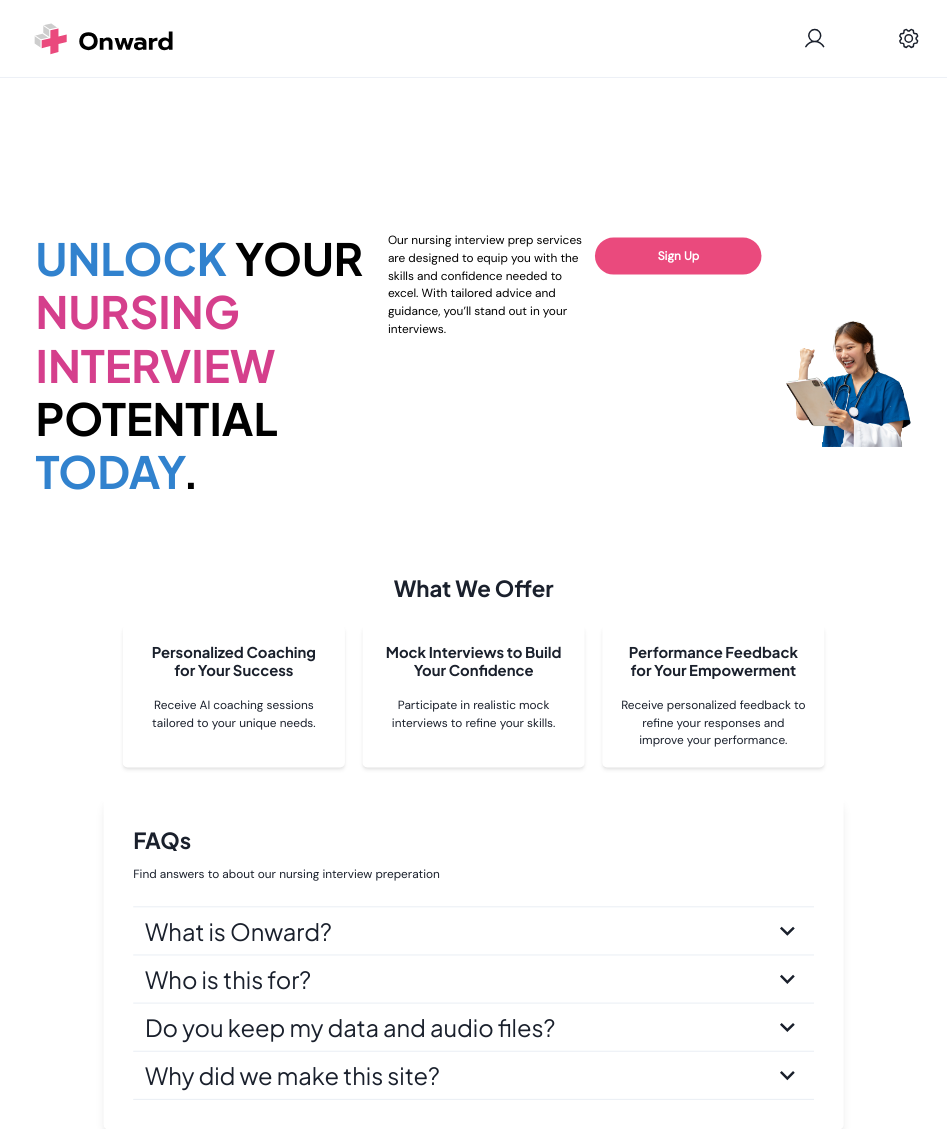
Repository: Aladdin3r/onward
Page: /landing-page
These files come from the project's save history. The page is drawn as it stood at one moment and after a run of saves; the edit follows.
The browser window is 1280 px wide. The pictures show the whole page, at 74% of full size.
The project was rebuilt for these pictures with package versions that can differ from the ones it lists, and the page was loaded fresh each time. The framework's server and built-in components were replaced by stand-ins that run in the browser. Also part of the build but not shown: next.config.mjs, styles/components/AppTopNav.js, styles/components/Layout.js.

Above is the page before, as saved 2024-10-29 02:20:57.

After the next 4 saves:
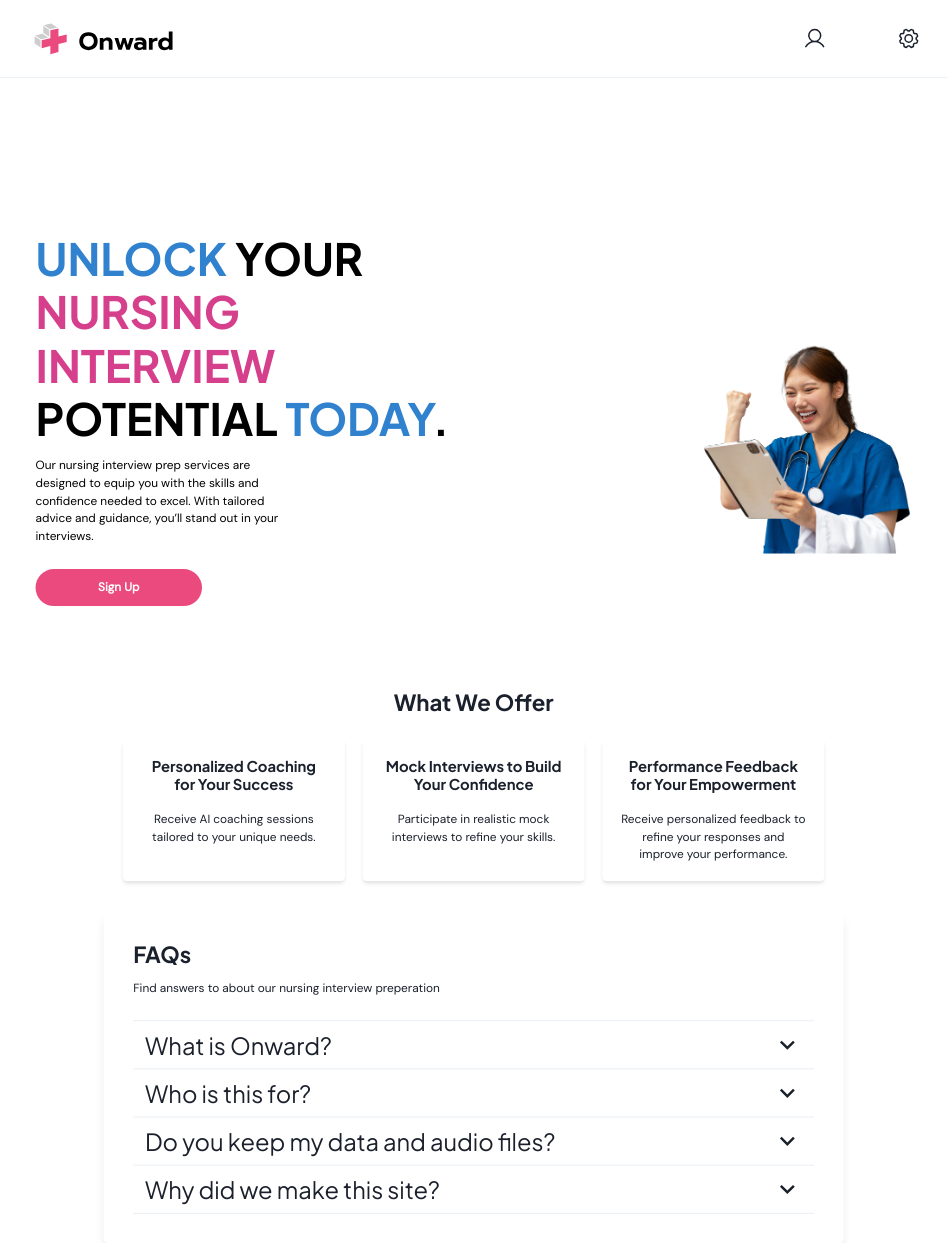
The 4 saves are shown as one change because 1 did not build or start and some came seconds apart.
The last was saved 12 s later.
--- a/pages/landing-page.js
+++ b/pages/landing-page.js
@@ -42,7 +42,7 @@ export default function Home() {
                     gap="2rem"  // Adds a gap between text and image
                 >
 
-                    <Flex >
+                    <Flex flexDirection="column">
                         <Heading
                             fontFamily="heading"
                             fontSize="6xl"
